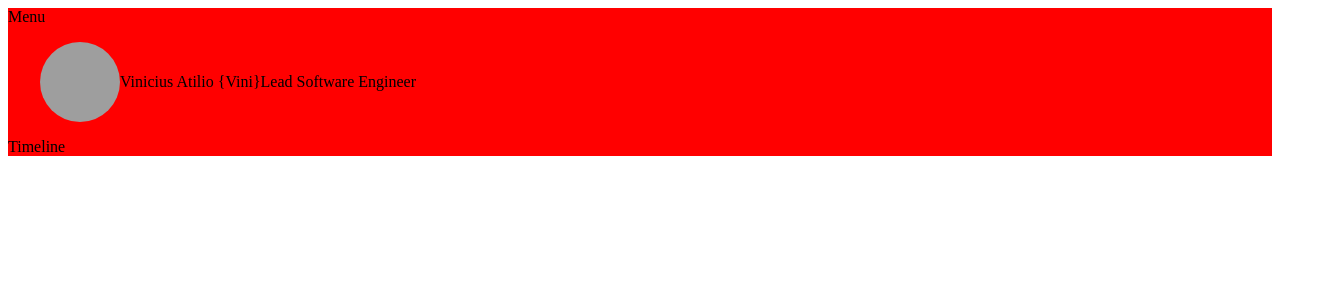
Repository: Vinicius-Atilio/aluratube
Page: /
These files come from the project's save history. The page is drawn as it stood at one moment and after the next save; the edit follows.
The browser window is 1280 px wide. The page is 1336 px wide, so the pictures cover 1336 px, including what lies to the right of the window. The pictures show the whole page.
Pictures or frames that could not be fetched are drawn as grey boxes. The project was rebuilt for these pictures with package versions that can differ from the ones it lists, and the page was loaded fresh each time. The framework's server and built-in components were replaced by stand-ins that run in the browser. Also part of the build but not shown: next.config.js.

Above is the page before, as saved 2022-11-08 06:55:40.

### pages/index.js
import config from '../config.json';
import styled from 'styled-components';

function HomePage() {
    const estiloDaHomePage = { backgroundColor: 'red' };
    return (
        <div style={estiloDaHomePage}>
            <Menu />
            <Header />
            <TimeLine />
        </div>
    );
}

export default HomePage;

function Menu() {
    return <div>Menu</div>;
}

const StyledHeader = styled.div`
    img {
        width: 80px;
        height: 80px;
        border-radius: 50%;
    }
    .user-info {
        display: flex;
        align-items: center;
        width: 100%;
        padding: 16px 32px;
    }
`;

function Header() {
    return (
        <StyledHeader>
            <section className="user-info">
                <img src={`https://github.com/${config.github}.png`} />
                {config.name}
                {config.job}
            </section>
        </StyledHeader>
    );
}

function TimeLine() {
    return <div>Timeline</div>;
}

### config.json
{
    "name": "Vinicius Atilio {Vini}",
    "job": "Lead Software Engineer",
    "github": "Vinicius9821"
}

After the next save:
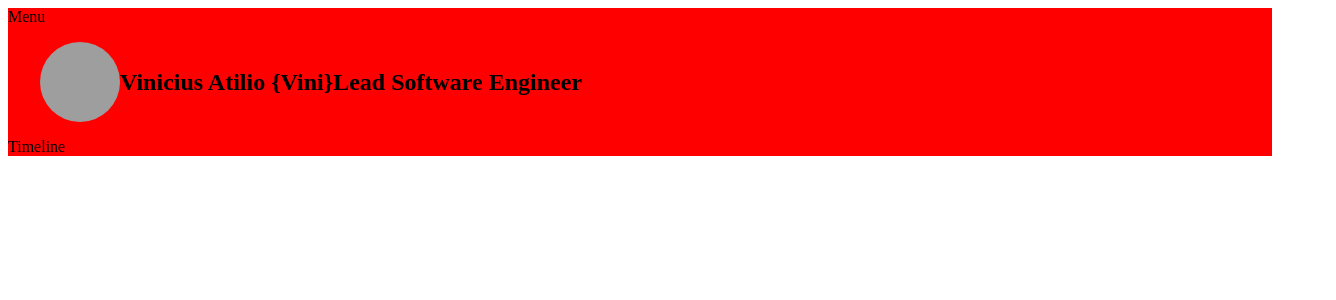
Saved 86 s later.
--- a/pages/index.js
+++ b/pages/index.js
@@ -37,8 +37,9 @@ function Header() {
         <StyledHeader>
             <section className="user-info">
                 <img src={`https://github.com/${config.github}.png`} />
-                {config.name}
-                {config.job}
+
+                <h2>{config.name}</h2>
+                <h2>{config.job}</h2>
             </section>
         </StyledHeader>
     );
